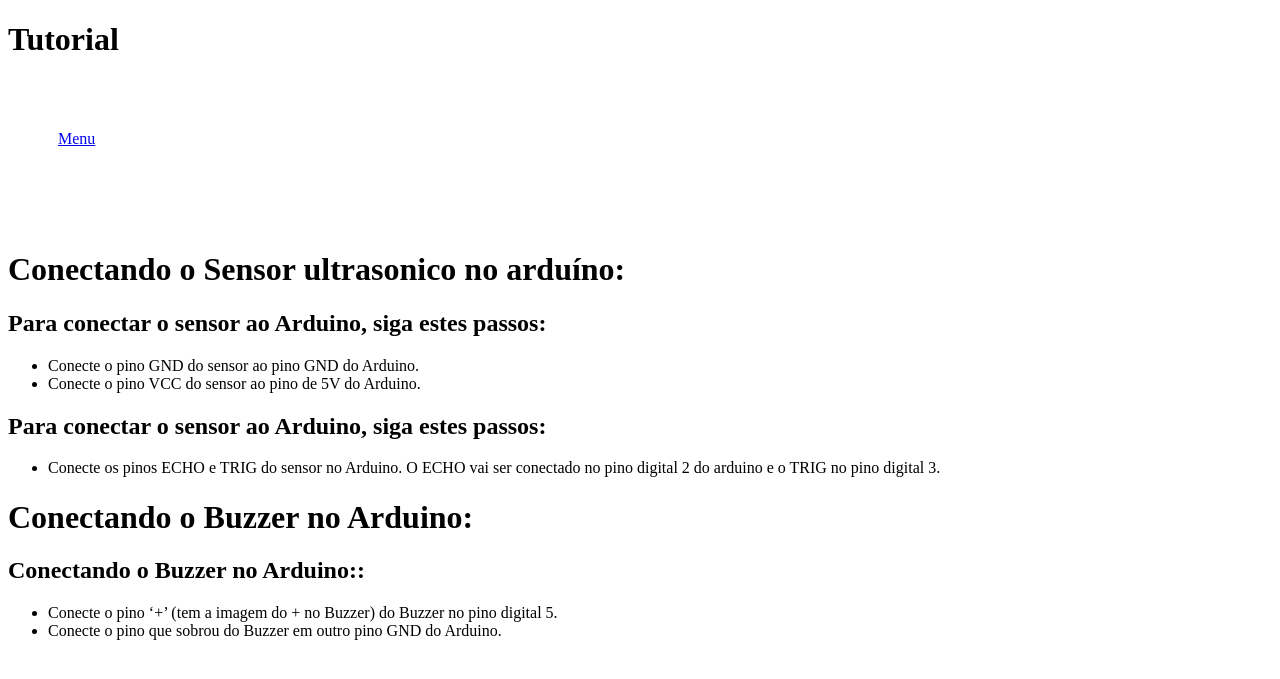
Repository: Eito2511/Site-tutorial-arduino
Page: tutorial.html
These files come from the project's save history. The page is drawn as it stood at one moment and after a run of saves; the edit follows.
The browser window is 1280 px wide. The pictures show the whole page.

Above is the page before, as saved 2025-06-03 18:18:45.

After the next 2 saves:
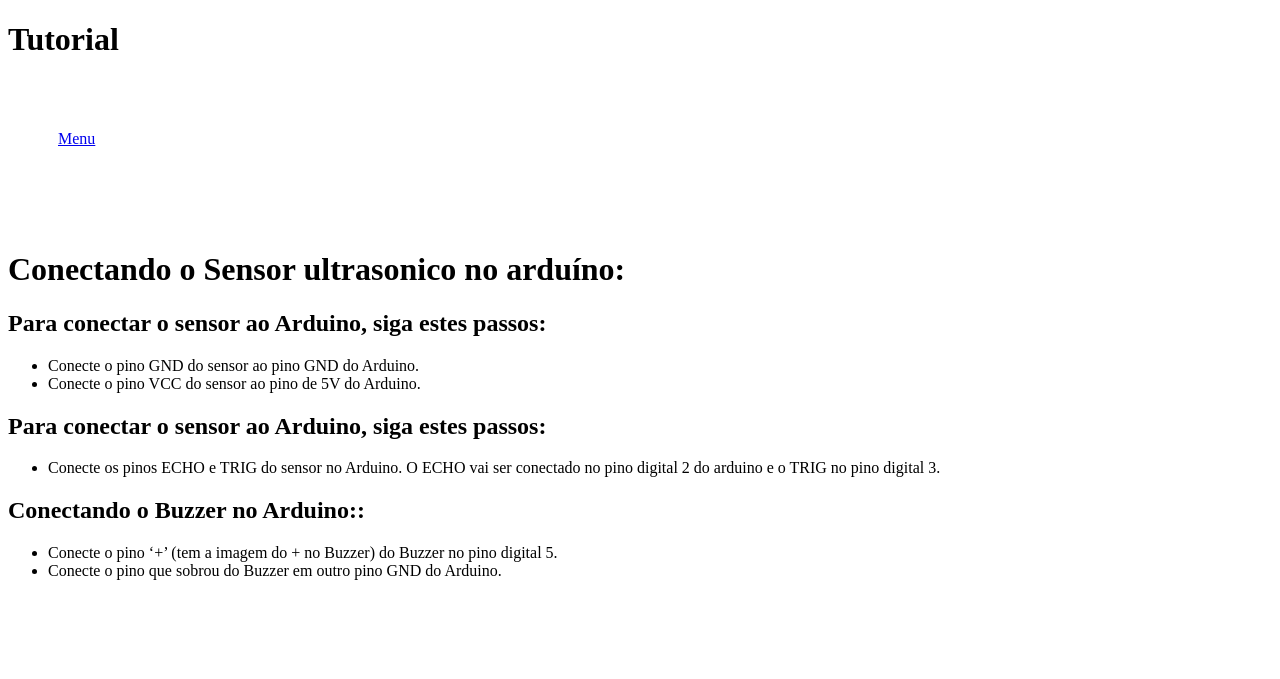
The 2 saves are shown as one change because they came seconds apart.
The last was saved 7 s later.
--- a/tutorial.html
+++ b/tutorial.html
@@ -26,16 +26,23 @@
     <div>
       <h2>Para conectar o sensor ao Arduino, siga estes passos:</h2>
       <ul>
-        <li>Conecte os pinos ECHO e TRIG do sensor no Arduino. O ECHO vai ser conectado no pino digital 2 do arduino e o TRIG no pino digital 3.</li>
+        <li>
+          Conecte os pinos ECHO e TRIG do sensor no Arduino. O ECHO vai ser
+          conectado no pino digital 2 do arduino e o TRIG no pino digital 3.
+        </li>
       </ul>
     </div>
 
     <div>
-      <h1>Conectando o Buzzer no Arduino:</h1>
       <h2>Conectando o Buzzer no Arduino::</h2>
       <ul>
-        <li>Conecte o pino ‘+’ (tem a imagem do + no Buzzer) do Buzzer no pino digital 5.</li>
-        <li>Conecte o pino que sobrou do Buzzer em outro pino GND do Arduino.</li>
+        <li>
+          Conecte o pino ‘+’ (tem a imagem do + no Buzzer) do Buzzer no pino
+          digital 5.
+        </li>
+        <li>
+          Conecte o pino que sobrou do Buzzer em outro pino GND do Arduino.
+        </li>
       </ul>
     </div>
   </body>
